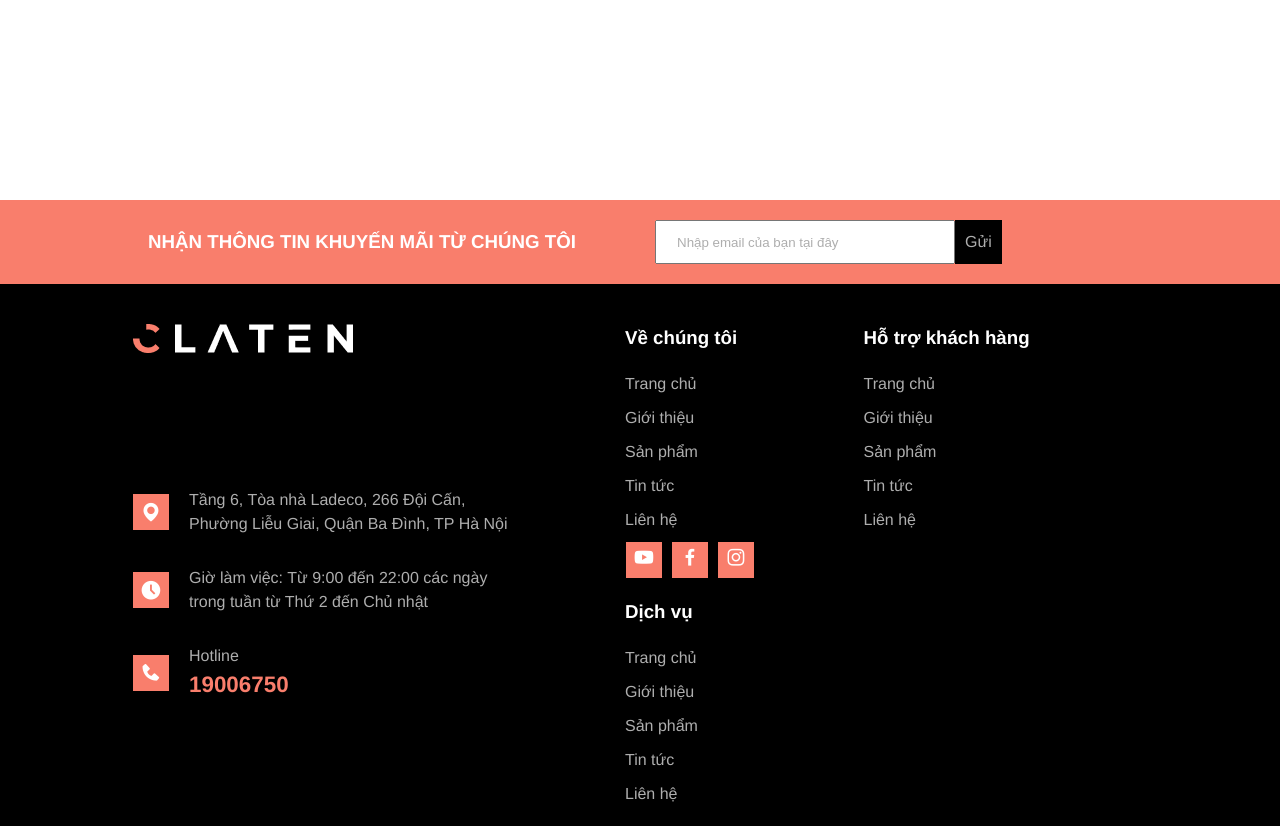
Repository: RennoPMXK/doan
Page: index.html
These files come from the project's save history. The page is drawn as it stood at one moment and after the next save; the edit follows.
The browser window is 1280 px wide. The pictures show the part of the page from y = 573 to 1446 px (the page is 1399 px tall before and 1446 px after).

Above is the page before, as saved 2021-11-16 19:41:42.

After the next save:
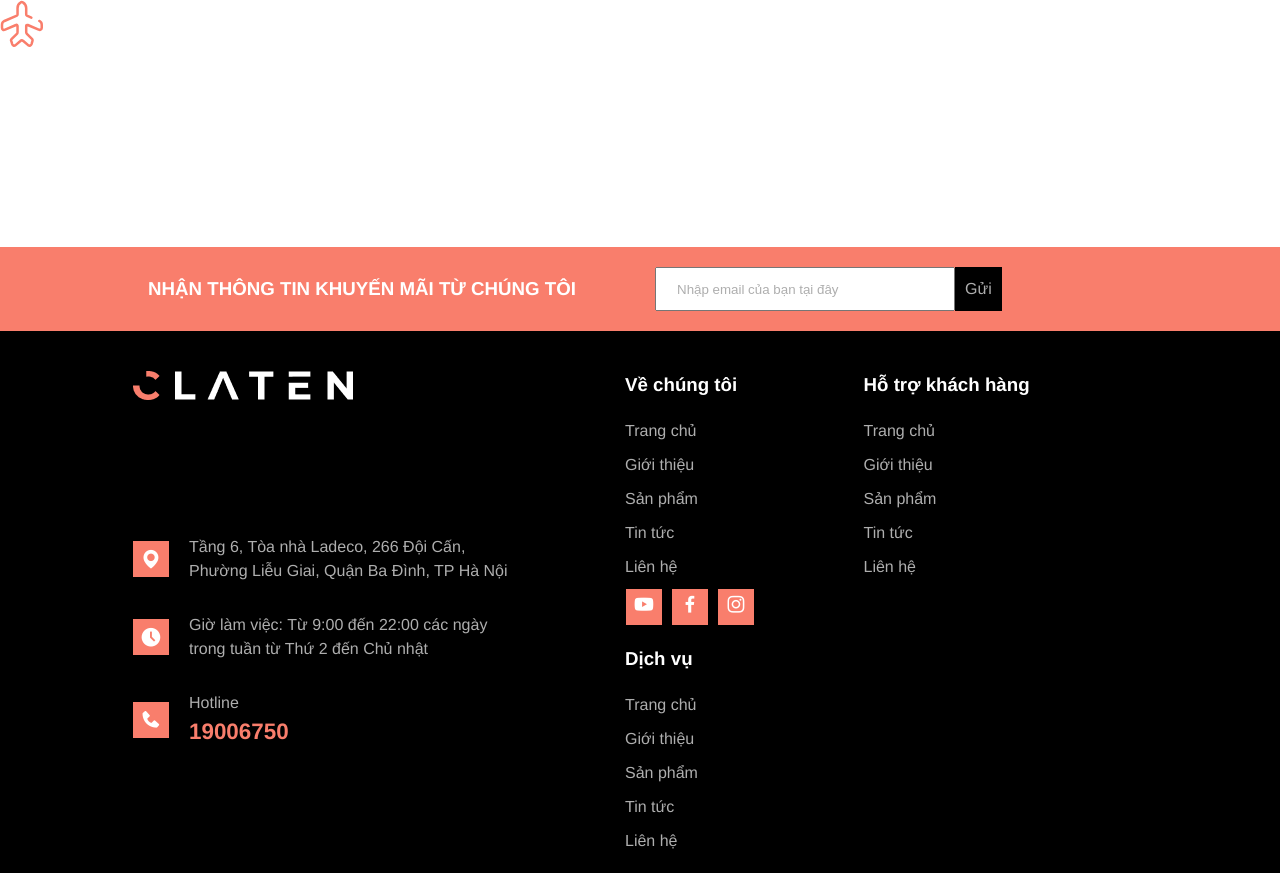
Saved 5 min 7 s later.
--- a/index.html
+++ b/index.html
@@ -114,7 +114,9 @@
     </section>
 
     <section class="hero-section-mini">
-
+         <div class="hero-section-mini-item">
+             <img src="./img/icon_service_1.svg" alt="">
+         </div>
     </section>
 
     <div class="footer">
